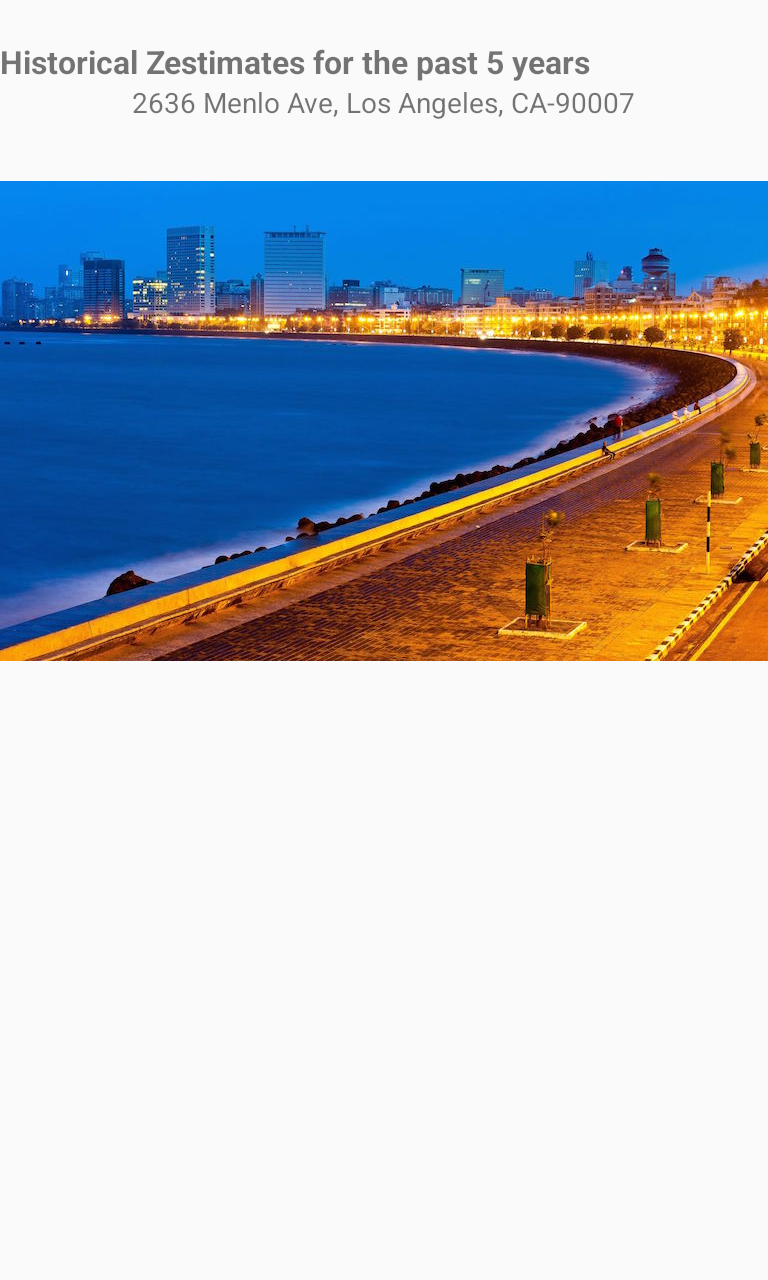
Repository: Warun26/PropertySearch
Layout: PropertySearch/res/layout/historical_zestimates_tab.xml
The author's editor kept a copy of each file at every save. The layout is drawn from the files as they stood at one save, then again after the next save.
It is drawn on a 768 x 1280 px phone screen (xhdpi) without system bars, with theme AppTheme; the app's code is not run. The app's manifest (not shown) leaves right-to-left support off. So textAlignment, textDirection and layoutDirection are ignored, and left and right values win over start and end ones.

Above is the layout before, as saved 2014-11-23 04:27:45.

After the next save:
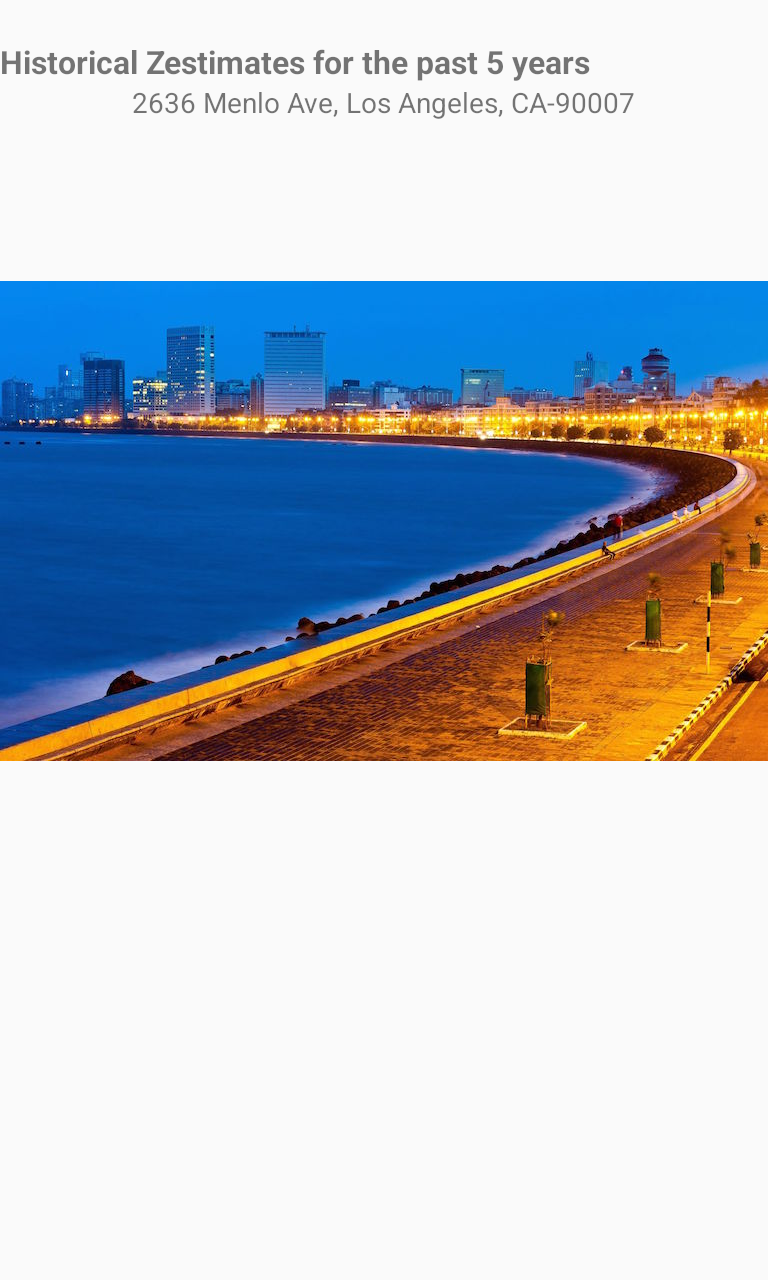
Saved 4 min 27 s later.
--- a/PropertySearch/res/layout/historical_zestimates_tab.xml
+++ b/PropertySearch/res/layout/historical_zestimates_tab.xml
@@ -43,7 +43,7 @@
 
     <ImageView
         android:layout_width="fill_parent"
-        android:layout_height="300dp"
+        android:layout_height="400dp"
         android:src="@drawable/background">
     </ImageView>
     <ImageSwitcher
